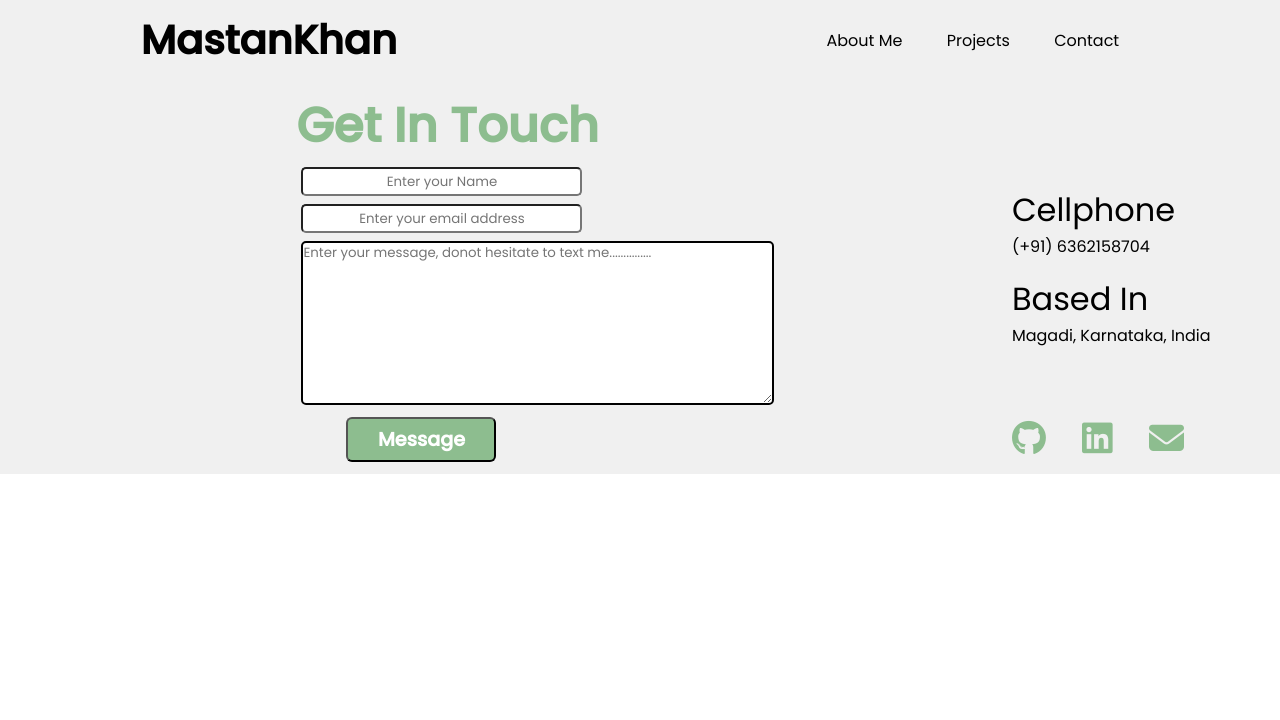
Repository: MastanKhan1/my_resume
Page: http://localhost/contact
These files come from the project's save history. The page is drawn as it stood at one moment and after the next save; the edit follows.
The browser window is 1280 px wide. The pictures show the whole page.
Some web fonts or font styles are not loaded; a fallback is used. The page is this project's Thymeleaf template; nobody is signed in. The template is opened directly, without the code that normally fills it, so the values that code supplies are empty.

Above is the page before, as saved 2023-10-06 06:41:33.
Not found: portfolio/Mobile_apps_Customizable_Cartoon_Illustrations___Bro_Style-removebg-preview.png

After the next save:
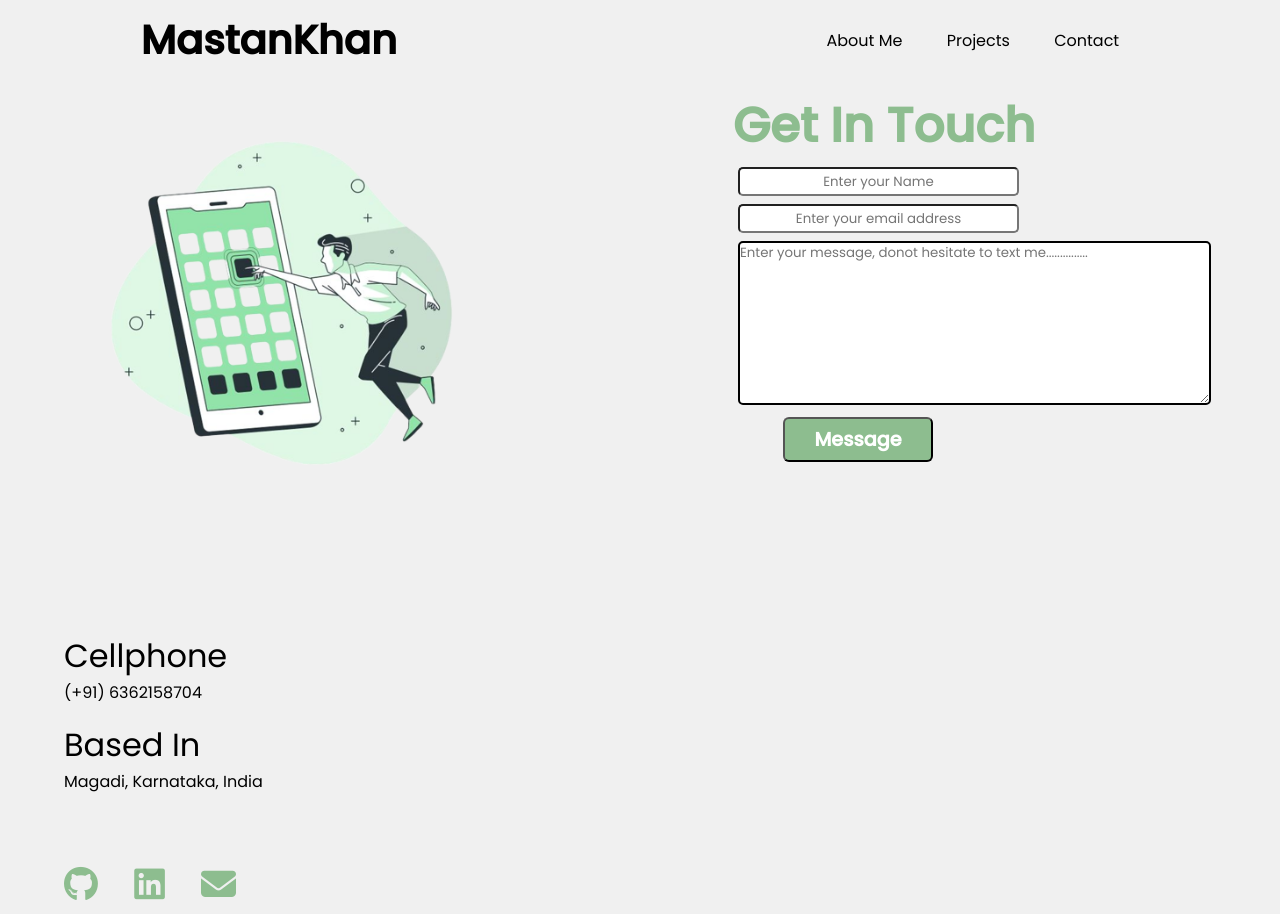
Saved 2 min 47 s later.
--- a/portfolio/src/main/resources/templates/contact.html
+++ b/portfolio/src/main/resources/templates/contact.html
@@ -39,7 +39,7 @@
         </div>
 
         <div id="contact_div">
-            <div><img src="Mobile_apps_Customizable_Cartoon_Illustrations___Bro_Style-removebg-preview.png" id="contact_img" alt=""></div>
+            <div><img src="/images/Mobile_apps_Customizable_Cartoon_Illustrations___Bro_Style-removebg-preview.png" id="contact_img" alt=""></div>
             <div>
                 <h1>Get In Touch</h1>
                 <form action="">
